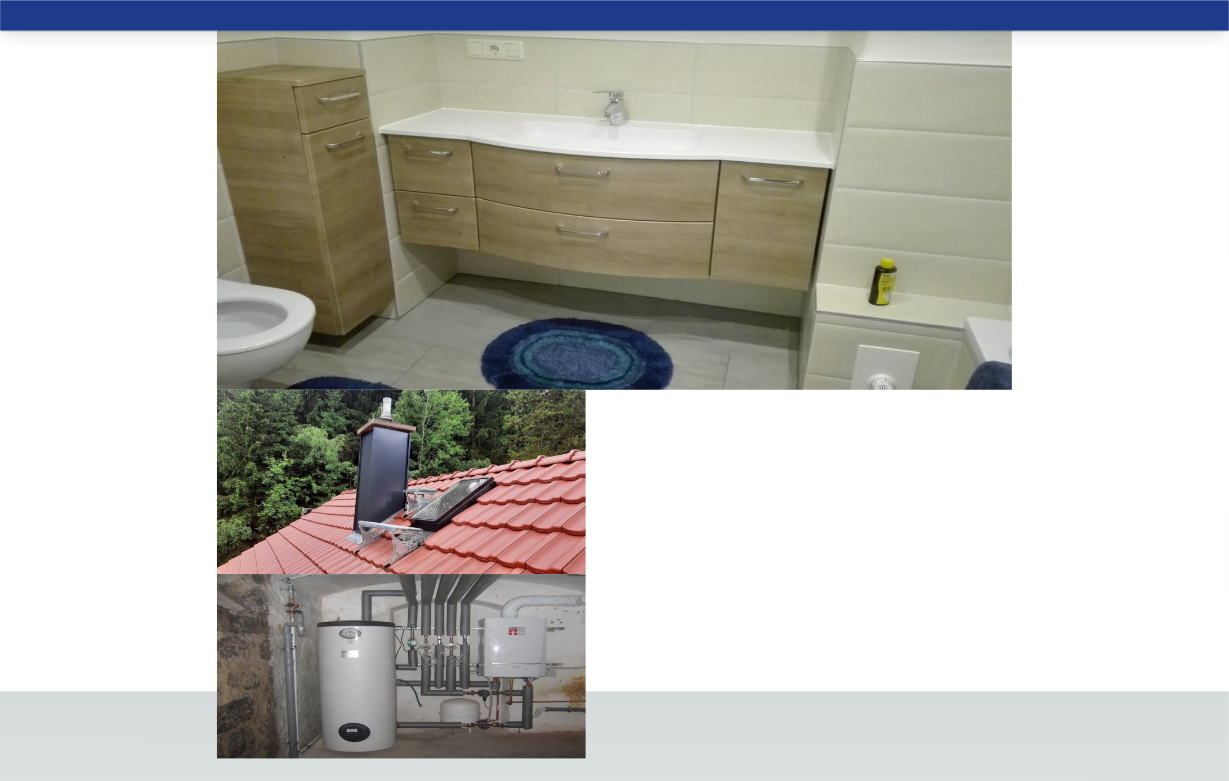
Repository: LorenMucha/firma-andreas-mucha
Page: /
The author's editor kept a copy of each file at every save. The page is drawn from the files as they stood at one save, then again after a run of saves.
The browser window is 1280 px wide. The pictures show the whole page, at 96% of full size.
The project was rebuilt for these pictures with package versions that can differ from the ones it lists, and the page was loaded fresh each time. The framework's server and built-in components were replaced by stand-ins that run in the browser. Also part of the build but not shown: next.config.mjs.

Above is the page before, as saved 2024-04-15 15:59:06.

### src/app/layout.tsx
import type { Metadata } from "next";
import { Inter } from "next/font/google";
import "./globals.css";

const inter = Inter({ subsets: ["latin"] });

export const metadata: Metadata = {
  title: "Firma Andreas Mucha",
  description: "Generated by create next app",
};

export default function RootLayout({
  children,
}: Readonly<{
  children: React.ReactNode;
}>) {
  return (
    <html lang="de" suppressHydrationWarning={true}>
      <body className={inter.className}>{children}</body>
    </html>
  );
}

### src/app/page.tsx
"use client";
import Intro from "./components/Intro";
import Navbar from "./components/Navbar";

export default function Home() {
  return (
    <main className="flex min-h-screen flex-col items-center justify-between">
      <Navbar />
      <Intro />
    </main>)
}

### src/app/globals.css
@tailwind base;
@tailwind components;
@tailwind utilities;

@import '@coreui/coreui/dist/css/coreui.min.css';

:root {
  --foreground-rgb: 0, 0, 0;
  --background-start-rgb: 214, 219, 220;
  --background-end-rgb: 255, 255, 255;
}

@media (prefers-color-scheme: dark) {
  :root {
    --foreground-rgb: 255, 255, 255;
    --background-start-rgb: 0, 0, 0;
    --background-end-rgb: 0, 0, 0;
  }
}

body {
  color: rgb(var(--foreground-rgb));
  background: linear-gradient(to bottom,
      transparent,
      rgb(var(--background-end-rgb))) rgb(var(--background-start-rgb));
}

@layer utilities {
  .text-balance {
    text-wrap: balance;
  }
}

### src/app/components/Intro.tsx
import { CCarousel, CCarouselItem, CImage } from "@coreui/react"

const Intro = (): React.JSX.Element =>
    <div className="w-screen h-screen flex flex-col justify-center items-center bg-white p-10">
        <div className="font-extrabold text-8xl text-black w-100">Firma Andreas Mucha</div>
        <div className="mt-5">
            <CCarousel controls indicators>
                <CCarouselItem>
                    <CImage className="object-cover w-100 h-96" src="/images/bad.jpg" alt="slide 1" />
                </CCarouselItem>
                <CCarouselItem>
                    <CImage className="object-cover w-96 h-48" src="/images/dach.jpg" alt="slide 2" />
                </CCarouselItem>
                <CCarouselItem>
                    <CImage className="object-cover w-96 h-48" src="/images/heizung.JPG" alt="slide 3" />
                </CCarouselItem>
            </CCarousel>
        </div>
    </div>

export default Intro

### src/app/components/Navbar.tsx
const Navbar = (): React.JSX.Element =>
    <nav className="shadow-lg fixed w-screen top-0 z-10 px-3 bg-blue-900">
        <div className="max-w-6xl mx-auto">
            <div className="flex justify-between">
                <div className="inline-flex justify-center md:p-4 mb-1 mt-1 md:mt-0 md:mb-0">
                    <a>
                        <span className="font-semibold md:text-l"></span>
                    </a>
                </div>
            </div>
        </div>
    </nav>

export default Navbar

Loaded but not shown: tailwind.config.ts (common file)

After the next 2 saves:
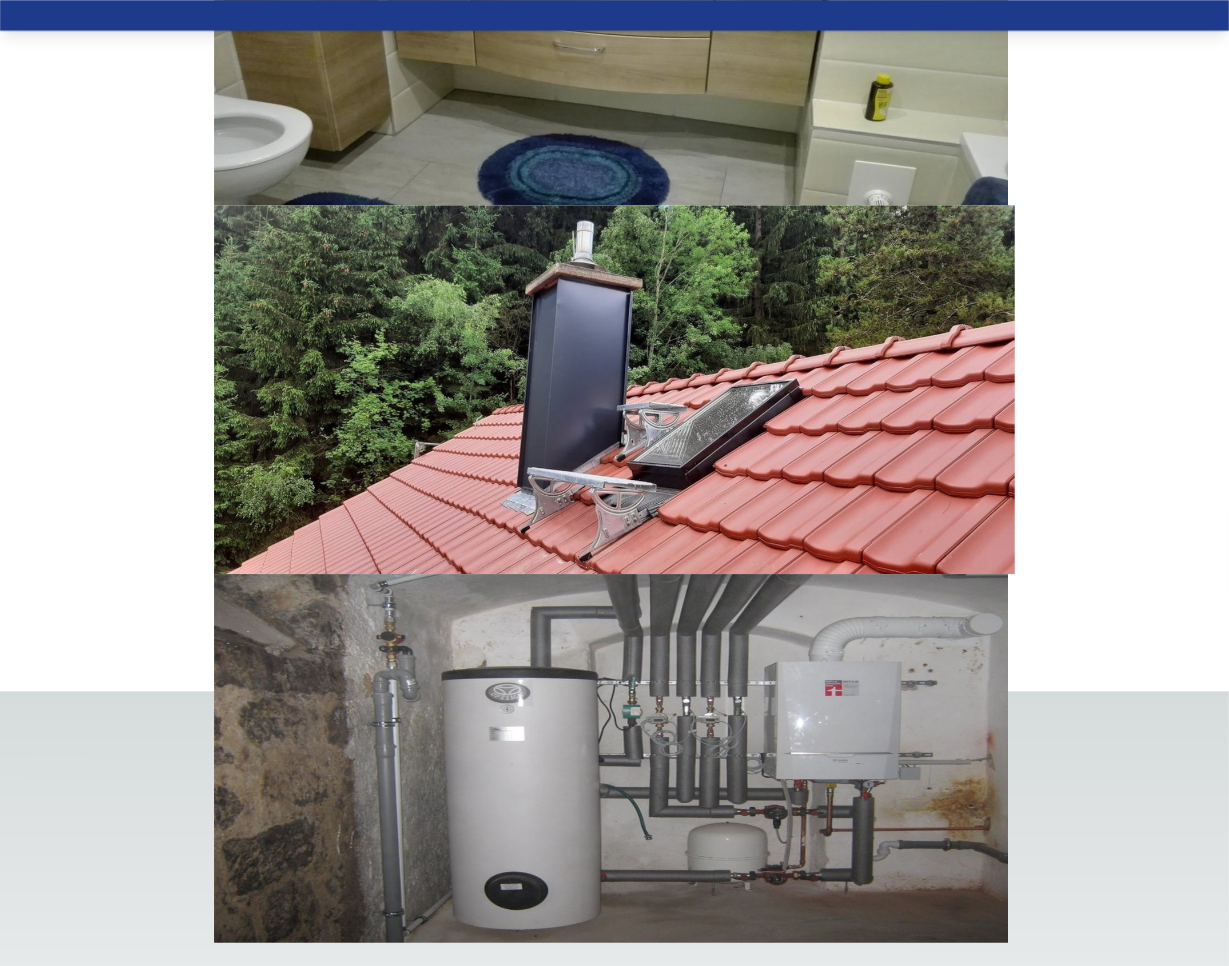
The 2 saves are shown as one change because they came seconds apart.
The last was saved 16 s later.
--- a/src/app/components/Intro.tsx
+++ b/src/app/components/Intro.tsx
@@ -9,10 +9,10 @@
                     <CImage className="object-cover w-100 h-96" src="/images/bad.jpg" alt="slide 1" />
                 </CCarouselItem>
                 <CCarouselItem>
-                    <CImage className="object-cover w-96 h-48" src="/images/dach.jpg" alt="slide 2" />
+                    <CImage className="object-cover w-100 h-96" src="/images/dach.jpg" alt="slide 2" />
                 </CCarouselItem>
                 <CCarouselItem>
-                    <CImage className="object-cover w-96 h-48" src="/images/heizung.JPG" alt="slide 3" />
+                    <CImage className="object-cover w-100 h-96" src="/images/heizung.JPG" alt="slide 3" />
                 </CCarouselItem>
             </CCarousel>
         </div>
